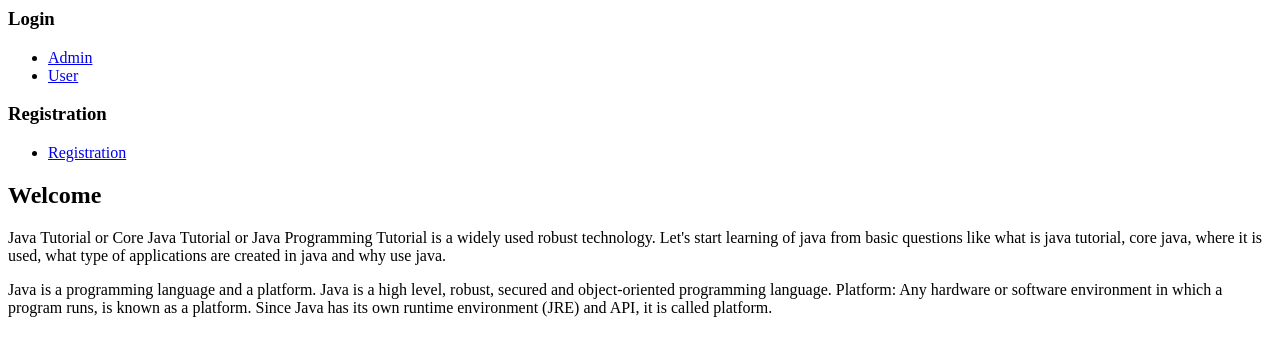
Repository: Dipak27/Dipak-s-front-end
Page: http://localhost/Traning_Management/maincontent.jsp
These files come from the project's save history. The page is drawn as it stood at one moment and after the next save; the edit follows.
The browser window is 1280 px wide. The pictures show the whole page.
The page is served by Tomcat 9. Other server files are loaded and not shown.

Above is the page before, as saved 2016-11-09 06:25:48.

### Training Management Project/Traning_Management/src/main/webapp/maincontent.jsp
<!-- CONTENTS START -->
<div class="header">


		<div ng-include="'menustrip.jsp'" class="header"></div>
</div>

	<div class="container_24">
		<div class="grid_24">
			<div class="contents">
				<div class="grid_6 alpha">
					<div class="padding_20">

					<div class="accordion nav-sidebar">
							<h3>Login</h3>
								<div>
									<ul>
										<li><a href="adminlogin.jsp">Admin</a></li>
										<li><a href="userlogin.jsp">User</a></li>
									</ul>
								</div>
							<h3>Registration</h3>
								<div>
									<ul>
										<li><a href="registration.jsp">Registration</a></li>
									</ul>
								</div>

						</div>


					</div>
				</div>

				<div class="grid_16 omega">
					<div class="padding_20 text-justify">
								<h2>Welcome</h2>
						  			<p> Java Tutorial or Core Java Tutorial or Java Programming Tutorial is a widely used robust technology. Let's start learning of java from basic questions like what is java tutorial, core java, where it is used, what type of
						  			 applications are created in java and why use java.</p>
						  			 <p>Java is a programming language and a platform.

Java is a high level, robust, secured and object-oriented programming language.

Platform: Any hardware or software environment in which a program runs, is known as a platform. Since Java has its own runtime environment (JRE) and API, it is called platform.</p>


					</div>
				</div>



				<div class="clear"></div>
				<div class="padding_20 text-justify">

				</div>
			</div>
		</div>
	</div>
	<!-- CONTENTS END -->

After the next save:
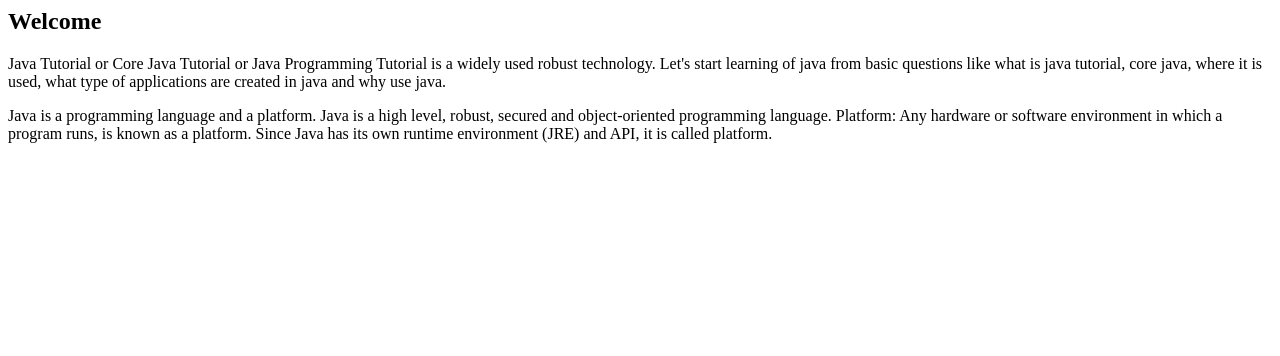
Saved 61 s later.
--- a/Training Management Project/Traning_Management/src/main/webapp/maincontent.jsp
+++ b/Training Management Project/Traning_Management/src/main/webapp/maincontent.jsp
@@ -11,28 +11,28 @@
 				<div class="grid_6 alpha">
 					<div class="padding_20">
 
-					<div class="accordion nav-sidebar">
-							<h3>Login</h3>
-								<div>
-									<ul>
-										<li><a href="adminlogin.jsp">Admin</a></li>
-										<li><a href="userlogin.jsp">User</a></li>
-									</ul>
-								</div>
-							<h3>Registration</h3>
-								<div>
-									<ul>
-										<li><a href="registration.jsp">Registration</a></li>
-									</ul>
-								</div>
+<!-- 					<div class="accordion nav-sidebar"> -->
+<!-- 							<h3>Login</h3> -->
+<!-- 								<div> -->
+<!-- 									<ul> -->
+<!-- 										<li><a href="adminlogin.jsp">Admin</a></li> -->
+<!-- 										<li><a href="userlogin.jsp">User</a></li> -->
+<!-- 									</ul> -->
+<!-- 								</div> -->
+<!-- 							<h3>Registration</h3> -->
+<!-- 								<div> -->
+<!-- 									<ul> -->
+<!-- 										<li><a href="registration.jsp">Registration</a></li> -->
+<!-- 									</ul> -->
+<!-- 								</div> -->
 
-						</div>
+<!-- 						</div> -->
 
 
 					</div>
 				</div>
 
-				<div class="grid_16 omega">
+				<div class="grid_20 omega">
 					<div class="padding_20 text-justify">
 								<h2>Welcome</h2>
 						  			<p> Java Tutorial or Core Java Tutorial or Java Programming Tutorial is a widely used robust technology. Let's start learning of java from basic questions like what is java tutorial, core java, where it is used, what type of
